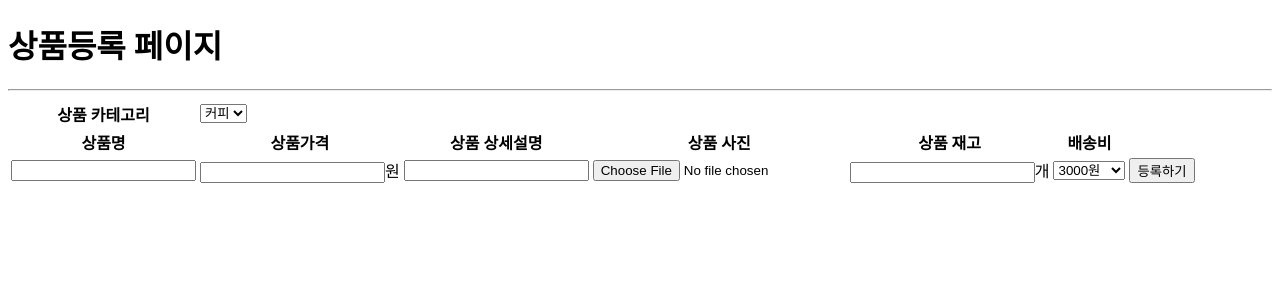
Repository: HJK0000/shoppingMallPrj
Page: http://localhost/shoppingMall/WEB-INF/views/admin/productRegistForm.jsp
An editor plug-in stored every save of this project. The page is shown before and after the next save, followed by the edit.
The browser window is 1280 px wide. The pictures show the whole page.
The page is served by Tomcat 10. Nobody is signed in. Other server files are loaded and not shown. The template is opened directly, without the code that normally fills it, so the values that code supplies are empty.

Above is the page before, as saved 2024-05-29 03:27:33.
Console error: SyntaxError: Invalid or unexpected token

### shoppingMall/src/main/webapp/WEB-INF/views/admin/productRegistForm.jsp
<%@ page language="java" contentType="text/html; charset=UTF-8"
	pageEncoding="UTF-8"%>
<%@ taglib prefix="c" uri="http://java.sun.com/jsp/jstl/core"%>
<!DOCTYPE html>
<html lang="en">
<head>
<meta charset="UTF-8">
<meta name="viewport" content="width=device-width, initial-scale=1.0">
<title>상품등록 페이지</title>
<script src="https://code.jquery.com/jquery-3.7.1.js"
	integrity="sha256-eKhayi8LEQwp4NKxN+CfCh+3qOVUtJn3QNZ0TciWLP4="
	crossorigin="anonymous"></script>
<style>
</style>
</head>
<body>
	<h1>상품등록 페이지</h1>
	<hr>

	<form name="frm" method="post" enctype="multipart/form-data">
		<table board="1">
			<tr>
				<th>상품 카테고리</th>
				<td><select id="sortOptions"><option value="coffee">커피</option></select></td>
			</tr>
			<tr>
				<th>상품명</th>
				<th>상품가격</th>
				<th>상품 상세설명</th>
				<th>상품 사진</th>
				<th>상품 재고</th>
				<th>배송비</th>
			</tr>
			</thead>
			<tbody>
				<tr>

					<td><input type="text" name="pname" required="required"></td>
					<td><input type="text" name="pprice" required="required">원</td>
					<td><input type="text" name="pinfo" required="required"></td>
					<td><input type="file" name="file"></td>
					<td><input type="text" name="stock_count" required="required">개</td>
					<td><select id="sortOptions"><option value="3000원">3000원</option>
							<option value="무료배송">무료배송</option></select></td>
					<td><input type="submit" value="등록하기" onclick="submitForm2()" /></td>
				</tr>
			</tbody>
		</table>
	</form>
	<div id="demo"></div>
	<script>
		function submitForm(){
			alert("submit....");
			var form = document.forms['frm'];
			var formData = new FormData(form);

			$.ajax({

				type : "post",
				enctype : "multipart/form-data",
				url : [[@/product/regist]],
				data : formData,
				dataType : 'json',
				processData : false,
				contentType : false,
				cache : false,
				success : function(data){

					console.log("success : ", data);


				},
				error : function(e){

					console.log("error : ", e);

				}

			});
		}





		}

	</script>
</body>
</html>

After the next save:
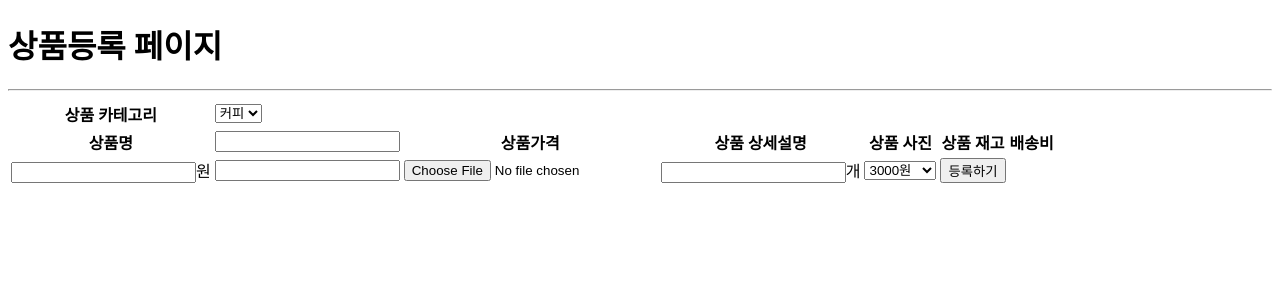
Saved 5 s later.
--- a/shoppingMall/src/main/webapp/WEB-INF/views/admin/productRegistForm.jsp
+++ b/shoppingMall/src/main/webapp/WEB-INF/views/admin/productRegistForm.jsp
@@ -25,6 +25,7 @@
 			</tr>
 			<tr>
 				<th>상품명</th>
+				<td><input type="text" name="pname" required="required"></td>
 				<th>상품가격</th>
 				<th>상품 상세설명</th>
 				<th>상품 사진</th>
@@ -35,7 +36,7 @@
 			<tbody>
 				<tr>
 
-					<td><input type="text" name="pname" required="required"></td>
+
 					<td><input type="text" name="pprice" required="required">원</td>
 					<td><input type="text" name="pinfo" required="required"></td>
 					<td><input type="file" name="file"></td>
